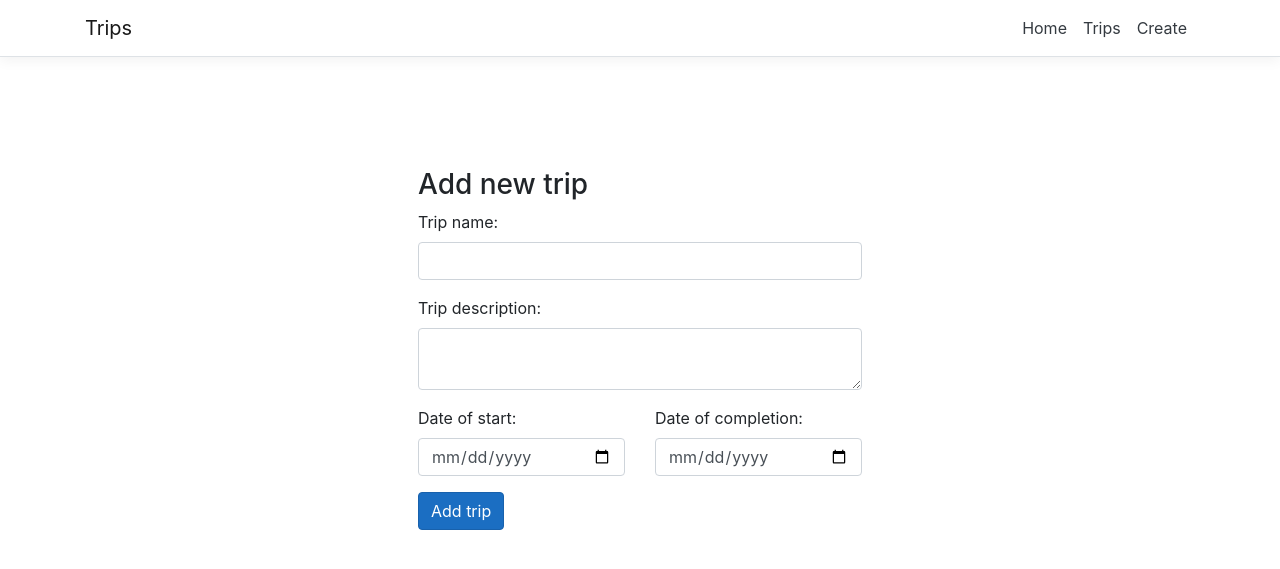
Repository: DevLuDaley/Trips
Page: /Create (app in ClientApp/)
The author's editor kept a copy of each file at every save. The page is drawn from the files as they stood at one save, then again after the next save.
The browser window is 1280 px wide. The pictures show the whole page.
The project was rebuilt for these pictures with package versions that can differ from the ones it lists, and the page was loaded fresh each time. Also part of the build but not shown: ClientApp/src/components/Home.js, ClientApp/src/components/FetchData.js, ClientApp/src/components/Counter.js, ClientApp/src/components/Trip/Trips.jsx.

Above is the page before, as saved 2020-11-06 11:43:32.

### ClientApp/public/index.html
<!DOCTYPE html>
<html lang="en">
  <head>
    <meta charset="utf-8">
    <meta name="viewport" content="width=device-width, initial-scale=1, shrink-to-fit=no">
    <meta name="theme-color" content="#000000">
    <base href="%PUBLIC_URL%/" />
    <!--
      manifest.json provides metadata used when your web app is added to the
      homescreen on Android. See https://developers.google.com/web/fundamentals/engage-and-retain/web-app-manifest/
    -->
    <link rel="manifest" href="%PUBLIC_URL%/manifest.json">
    <link rel="shortcut icon" href="%PUBLIC_URL%/favicon.ico">
    <!--
      Notice the use of %PUBLIC_URL% in the tags above.
      It will be replaced with the URL of the `public` folder during the build.
      Only files inside the `public` folder can be referenced from the HTML.

      Unlike "/favicon.ico" or "favicon.ico", "%PUBLIC_URL%/favicon.ico" will
      work correctly both with client-side routing and a non-root public URL.
      Learn how to configure a non-root public URL by running `npm run build`.
    -->
    <title>Trips</title>
  </head>
  <body>
    <noscript>
      You need to enable JavaScript to run this app.
    </noscript>
    <div id="root"></div>
    <!--
      This HTML file is a template.
      If you open it directly in the browser, you will see an empty page.

      You can add webfonts, meta tags, or analytics to this file.
      The build step will place the bundled scripts into the <body> tag.

      To begin the development, run `npm start` or `yarn start`.
      To create a production bundle, use `npm run build` or `yarn build`.
    -->
  </body>
</html>

### ClientApp/src/App.js
import React, { Component } from 'react';
import { Route } from 'react-router';
import { Layout } from './components/Layout';
import { Home } from './components/Home';
import { FetchData } from './components/FetchData';
import { Counter } from './components/Counter';

import './custom.css'
import Trips from './components/Trip/Trips';
import CreateTrip from './components/Trip/CreateTrip';

export default class App extends Component {
  static displayName = App.name;

  render () {
    return (
      <Layout>
        <Route exact path='/' component={Home} />
        <Route path='/create' component={CreateTrip} />
        <Route path='/trips' component={Trips} />
        {/* <Route path='/counter' component={Counter} /> */}
        {/* <Route path='/fetch-data' component={FetchData} /> */}
      </Layout>
    );
  }
}

### ClientApp/src/custom.css
/* Provide sufficient contrast against white background */
a {
  color: #0366d6;
}

code {
  color: #E01A76;
}

.btn-primary {
  color: #fff;
  background-color: #1b6ec2;
  border-color: #1861ac;
}

.trip-form {
  /* color: #fff;
  background-color: #1b6ec2;
  border-color: #1861ac; */
  margin: 10% 30% 10% 30%;
}

### ClientApp/src/components/Trip/CreateTrip.jsx
import React, { Fragment, Component } from 'react'
class Create extends Component {
    constructor(props){
        super(props)
        this.state = {
                   name: '',
                   description: '',
                   dateStarted: null,
                   dateCompleted: null
          }

    }
    render() {
        return (
        <Fragment>
            <div className="trip-form" >
                <h3>Add new trip</h3>
                <form onSubmit={this.onSubmit}>
                    <div className="form-group">
                        <label>Trip name:  </label>
                        <input
                          type="text"
                          className="form-control"
                         />
                    </div>
                    <div className="form-group">
                        <label>Trip description: </label>
                        <textarea
			  type="text"
                          className="form-control"
                        />
                    </div>
                    <div className="row">
                        <div className="col col-md-6 col-sm-6 col-xs-12">
                            <div className="form-group">
                                <label>Date of start:  </label>
                                <input
                                  type="date"
                                  className="form-control"
                                />
                            </div>
                        </div>
                        <div className="col col-md-6 col-sm-6 col-xs-12">
                          <div className="form-group">
                            <label>Date of completion:  </label>
                            <input
                                type="date"
                                className="form-control"
                            />
                            </div>
                        </div>
                    </div>


                    <div className="form-group">
                        <input type="submit" value="Add trip" className="btn btn-primary"/>
                    </div>
                </form>
            </div>
        </Fragment> );
    }
}

export default Create;

### ClientApp/src/components/NavMenu.js
import React, { Component } from 'react';
import { Collapse, Container, Navbar, NavbarBrand, NavbarToggler, NavItem, NavLink } from 'reactstrap';
import { Link } from 'react-router-dom';
import './NavMenu.css';

export class NavMenu extends Component {
  static displayName = NavMenu.name;

  constructor (props) {
    super(props);

    this.toggleNavbar = this.toggleNavbar.bind(this);
    this.state = {
      collapsed: true
    };
  }

  toggleNavbar () {
    this.setState({
      collapsed: !this.state.collapsed
    });
  }

  render () {
    return (
      <header>
        <Navbar className="navbar-expand-sm navbar-toggleable-sm ng-white border-bottom box-shadow mb-3" light>
          <Container>
            <NavbarBrand tag={Link} to="/trips">Trips</NavbarBrand>
            <NavbarToggler onClick={this.toggleNavbar} className="mr-2" />
            <Collapse className="d-sm-inline-flex flex-sm-row-reverse" isOpen={!this.state.collapsed} navbar>
              <ul className="navbar-nav flex-grow">
                <NavItem>
                  <NavLink tag={Link} className="text-dark" to="/">Home</NavLink>
                </NavItem>
                <NavItem>
                  <NavLink tag={Link} className="text-dark" to="/trips">Trips</NavLink>
                </NavItem>
                <NavItem>
                  <NavLink tag={Link} className="text-dark" to="/Create">Create</NavLink>
                </NavItem>
                {/* <NavItem>
                  <NavLink tag={Link} className="text-dark" to="/counter">Counter</NavLink>
                </NavItem> */}
                {/* <NavItem>
                  <NavLink tag={Link} className="text-dark" to="/fetch-data">Fetch data</NavLink>
                </NavItem> */}
              </ul>
            </Collapse>
          </Container>
        </Navbar>
      </header>
    );
  }
}

Loaded but not shown: ClientApp/src/index.js (common file); ClientApp/src/registerServiceWorker.js (common file); ClientApp/src/components/Layout.js (common file); ClientApp/src/components/NavMenu.css (common file)

After the next save:
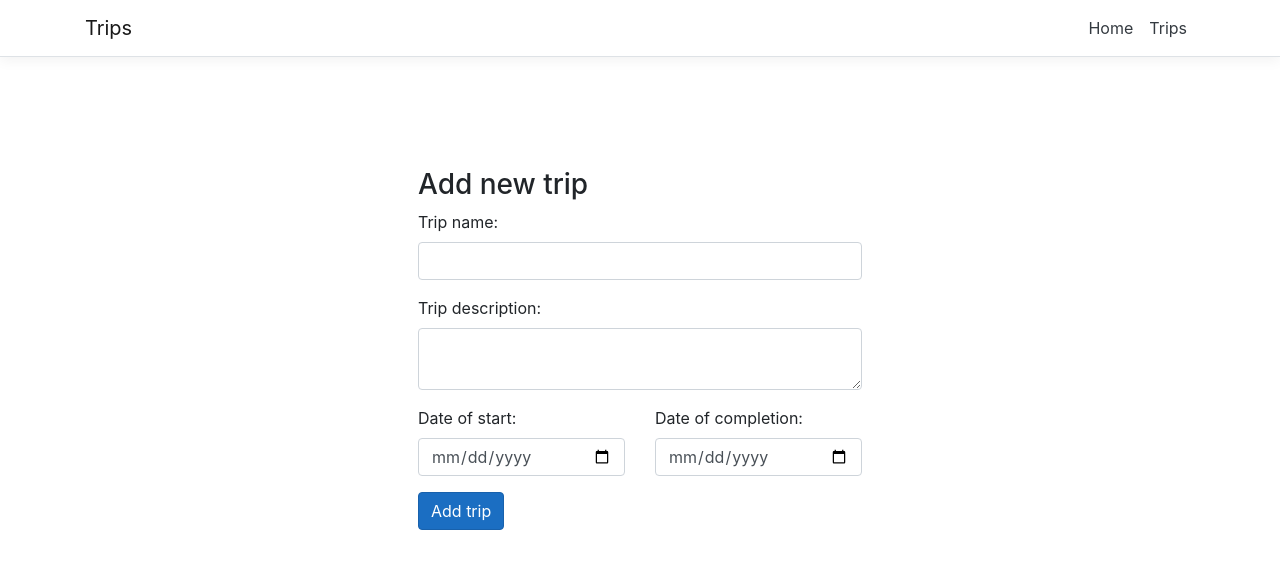
Saved 14 s later.
--- a/ClientApp/src/components/NavMenu.js
+++ b/ClientApp/src/components/NavMenu.js
@@ -36,9 +36,6 @@ export class NavMenu extends Component {
                 <NavItem>
                   <NavLink tag={Link} className="text-dark" to="/trips">Trips</NavLink>
                 </NavItem>
-                <NavItem>
-                  <NavLink tag={Link} className="text-dark" to="/Create">Create</NavLink>
-                </NavItem>
                 {/* <NavItem>
                   <NavLink tag={Link} className="text-dark" to="/counter">Counter</NavLink>
                 </NavItem> */}
